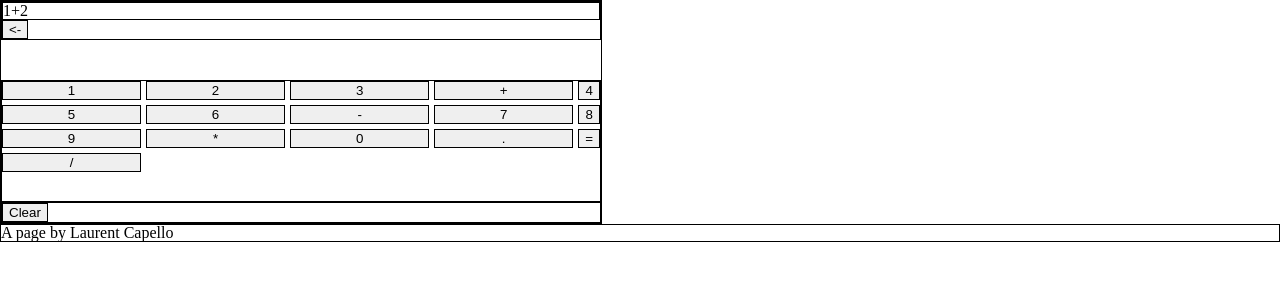
Repository: sokafootball/js-calculator
Page: index.html
These files come from the project's save history. The page is drawn as it stood at one moment and after the next save; the edit follows.
The browser window is 1280 px wide. The pictures show the whole page.

Above is the page before, as saved 2020-04-25 11:34:49.

After the next save:
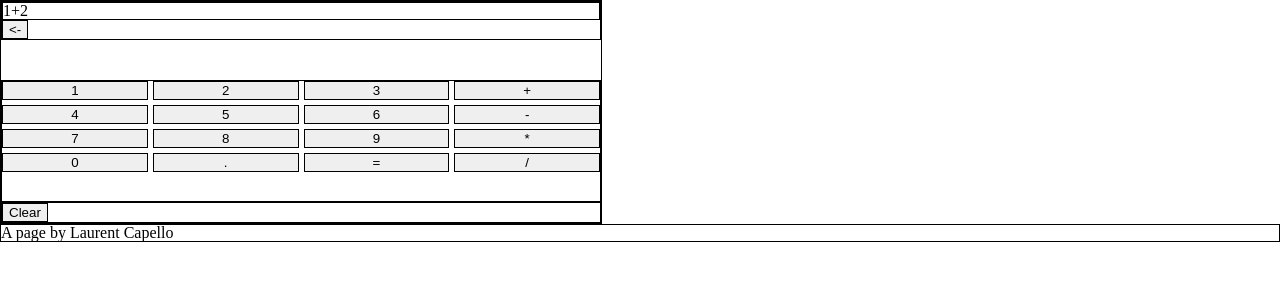
Saved 13 s later.
--- a/style.css
+++ b/style.css
@@ -18,12 +18,12 @@
   display: grid;
   gap: 5px 5px;
   grid-template-areas:
-    "display display display . backspace"
-    "numpad numpad numpad . operators"
-    "numpad numpad numpad . operators"
-    "numpad numpad numpad . operators"
-    "numpad numpad numpad . operators"
-    ". . clear . .";
+    "display display display backspace"
+    "numpad numpad numpad operators"
+    "numpad numpad numpad operators"
+    "numpad numpad numpad operators"
+    "numpad numpad numpad operators"
+    ".  clear clear .";
   grid-template-columns: repeat(4, 1fr);
   grid-template-rows: repeat(5, 1fr);
 }
